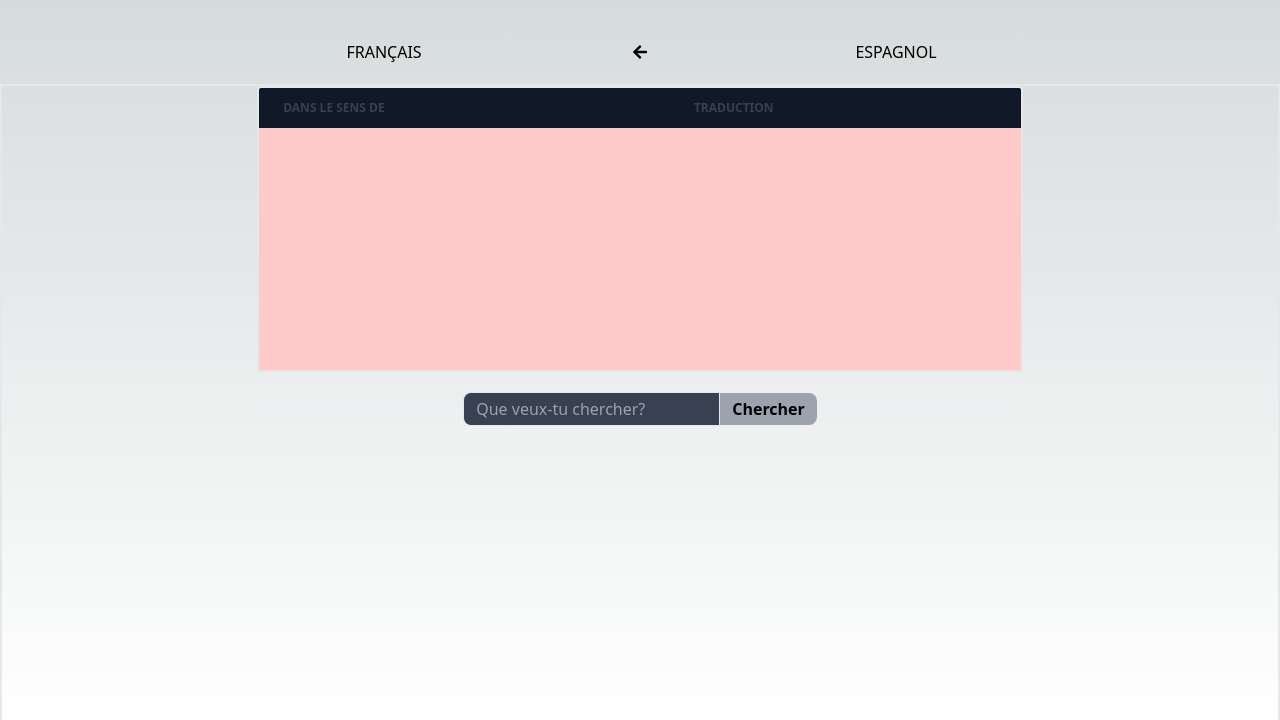
Repository: All-Khwarizmi/Dico
Page: /
The author's editor kept a copy of each file at every save. The page is drawn from the files as they stood at one save, then again after a run of saves.
The browser window is 1280 px wide. The pictures show the whole page.
An inner scrolling area shows only its first screen. The project was rebuilt for these pictures with package versions that can differ from the ones it lists, and the page was loaded fresh each time. The framework's server and built-in components were replaced by stand-ins that run in the browser. Also part of the build but not shown: next.config.js, vite.config.ts.

Above is the page before, as saved 2023-02-17 18:28:26.

### src/app/page.tsx
'use client';
import Image from 'next/image';
import { Inter } from '@next/font/google';
import { FaArrowLeft } from 'react-icons/fa';
import { BsArrowRight } from 'react-icons/bs';
import { FaArrowRight } from 'react-icons/fa';
import EspModal from '@/components/EspModal';
import DicoModal from '@/components/DicoModal';

const inter = Inter({ subsets: ['latin'] });
import parse from 'html-react-parser';
import { useState } from 'react';
import Link from 'next/link';

type Trad = {
  source: string;
  target: string;
};
type Translations = Array<Trad>;
interface TranslationsFetch {
  translations: Array<Trad>;
}
export default function Home() {
  const [word, setWord] = useState<string>('');
  const [isFr, setIsFR] = useState<Boolean>(false);
  const [translations, setTranslations] = useState<Translations>([]);

  const submitWord = (e: React.FormEvent<HTMLFormElement>) => {
    e.preventDefault();
    let check = word.split(' ').length;
    console.log('Submitting', check);
    if (check > 1) {
      return window.alert('1 mot à la fois');
    }
    if (isFr) return fetchDico(word).catch((err) => console.log(err));
     fetchDicoEsp(word).catch((err) => console.log(err));
  };

  const inputWord = (e: React.ChangeEvent<HTMLInputElement>) => {
    return setWord(e.target.value);
  };

  const fetchDico = async (word: string): Promise<void> => {
    console.log('Fetching..');
     const url = 'https://dico-ochre.vercel.app/api/dico';
    const options: RequestInit = {
      method: 'POST',
      headers: {
        'Content-Type': 'text/plain;charset=UTF-8',
      },
      body: JSON.stringify(word),
    };
    const res = await fetch(url, options);
    // eslint-disable-next-line @typescript-eslint/no-unsafe-assignment
    const data = await res.json();
    console.log('Data: ', data);
    // eslint-disable-next-line @typescript-eslint/no-unsafe-assignment
    const { translations }: TranslationsFetch = data;
    setTranslations(translations);
    setWord('');
  };
  const fetchDicoEsp = async (word: string): Promise<void> => {
    console.log('Fetching..');
    const url = 'https://dico-ochre.vercel.app/api/esp';
    const options: RequestInit = {
      method: 'POST',
      headers: {
        'Content-Type': 'text/plain;charset=UTF-8',
      },
      body: JSON.stringify(word),
    };
    const res = await fetch(url, options);
    // eslint-disable-next-line @typescript-eslint/no-unsafe-assignment
    const data = await res.json();
    console.log('Data: ', data);
    // eslint-disable-next-line @typescript-eslint/no-unsafe-assignment
    const { translations }: TranslationsFetch = data;
    setTranslations(translations);
    setWord('');
  };
  return (
    <main className='h-screen w-screen'>
      <div className='grid place-items-center pt-5 '>
        {isFr ? (
          <div className='grid w-[60%] grid-cols-3  place-items-center  '>
            <button onClick={() => setIsFR(!isFr)}>
              <h1 className='py-5 text-center uppercase text-1xl'>Français</h1>
            </button>
            <button onClick={() => setIsFR(!isFr)}>
              <FaArrowRight />
            </button>
            <button onClick={() => setIsFR(!isFr)}>
              <h1 className='py-5 text-center uppercase text-1xl'>Espagnol</h1>
            </button>
          </div>
        ) : (
          <div className='grid w-[60%] grid-cols-3  place-items-center  '>
            <button onClick={() => setIsFR(!isFr)}>
              <h1 className='py-5 text-center uppercase text-1xl'>Français</h1>
            </button>
            <button onClick={() => setIsFR(!isFr)}>
              <FaArrowLeft />
            </button>
            <button onClick={() => setIsFR(!isFr)}>
              <h1 className='py-5 text-center uppercase text-1xl'>Espagnol</h1>
            </button>
          </div>
        )}
      </div>
      <div className='flex h-[100%] flex-col border border-2 items-center gap-5'>
        <div className=' h-[40%] max-h-[40%] w-[60%] overflow-scroll rounded border-2 border-solid bg-red-200'>
          <div className='text-black '>
            <div className=''>
              <table className='  relative w-full text-left text-sm text-gray-500 dark:text-gray-400'>
                <thead className='  sticky top-0 bg-gray-900 text-xs uppercase text-gray-700 '>
                  <tr>
                    <th scope='col' className='px-6 dark:text-white py-3 '>
                      Dans le sens de
                    </th>
                    <th scope='col' className='px-6 dark:text-white py-3 '>
                      Traduction
                    </th>
                  </tr>
                </thead>
                <tbody className='bg-gray-800'>
                  {translations?.map((trad: Trad, index) => {
                    return (
                      <tr
                        className='border-b bg-white dark:border-gray-700 dark:bg-gray-800'
                        key={index}
                      >
                        <td className='px-6 py-4'> {parse(trad?.source)}</td>
                        <th
                          scope='row'
                          className='whitespace-nowrap px-6 py-4 font-medium text-gray-900 dark:text-white'
                        >
                          {parse(trad?.target)}
                        </th>
                      </tr>
                    );
                  })}
                </tbody>
              </table>
            </div>
          </div>
        </div>
        <form className='text-black' onSubmit={(e) => submitWord(e)}>
          <input
            onChange={(event) => inputWord(event)}
            value={word}
            placeholder='Que veux-tu chercher?'
            className='rounded-lg border dark:text-white border-1 bg-gray-700 rounded-r-none px-3 py-1'
            type='text'
            name='word'
            id='word'
          />
          <button
            className='rounded-lg rounded-l-none bg-gray-400 dark:text-white font-bold dark:bg-purple-900 px-3 py-1 dark:py-1.5'
            type='submit'
          >
            Chercher
          </button>
        </form>
      </div>
    </main>
  );
}

Loaded but not shown: src/app/layout.tsx (common file); src/app/globals.css (common file); tailwind.config.js (common file)

After the next 4 saves:
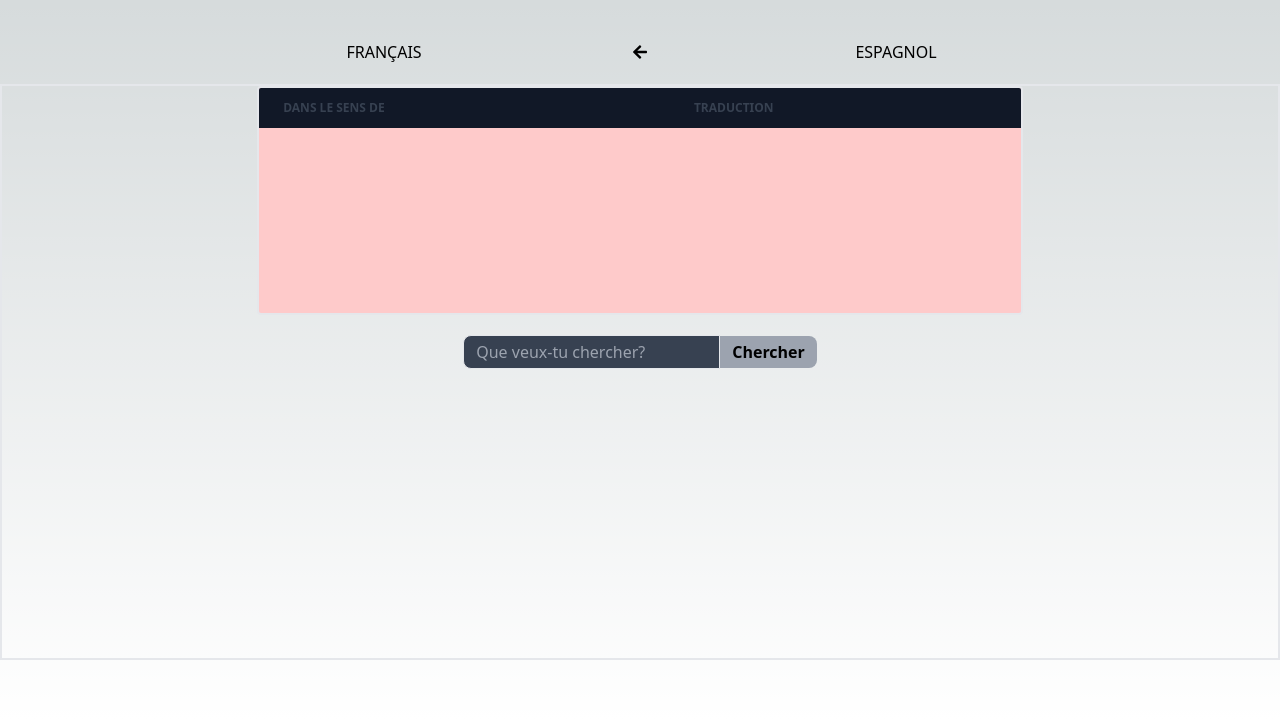
The 4 saves are shown as one change because they came seconds apart.
The last was saved 13 s later.
--- a/src/app/page.tsx
+++ b/src/app/page.tsx
@@ -107,7 +107,7 @@ export default function Home() {
           </div>
         )}
       </div>
-      <div className='flex h-[100%] flex-col border border-2 items-center gap-5'>
+      <div className='flex h-[80%] flex-col border border-2 items-center gap-5'>
         <div className=' h-[40%] max-h-[40%] w-[60%] overflow-scroll rounded border-2 border-solid bg-red-200'>
           <div className='text-black '>
             <div className=''>
